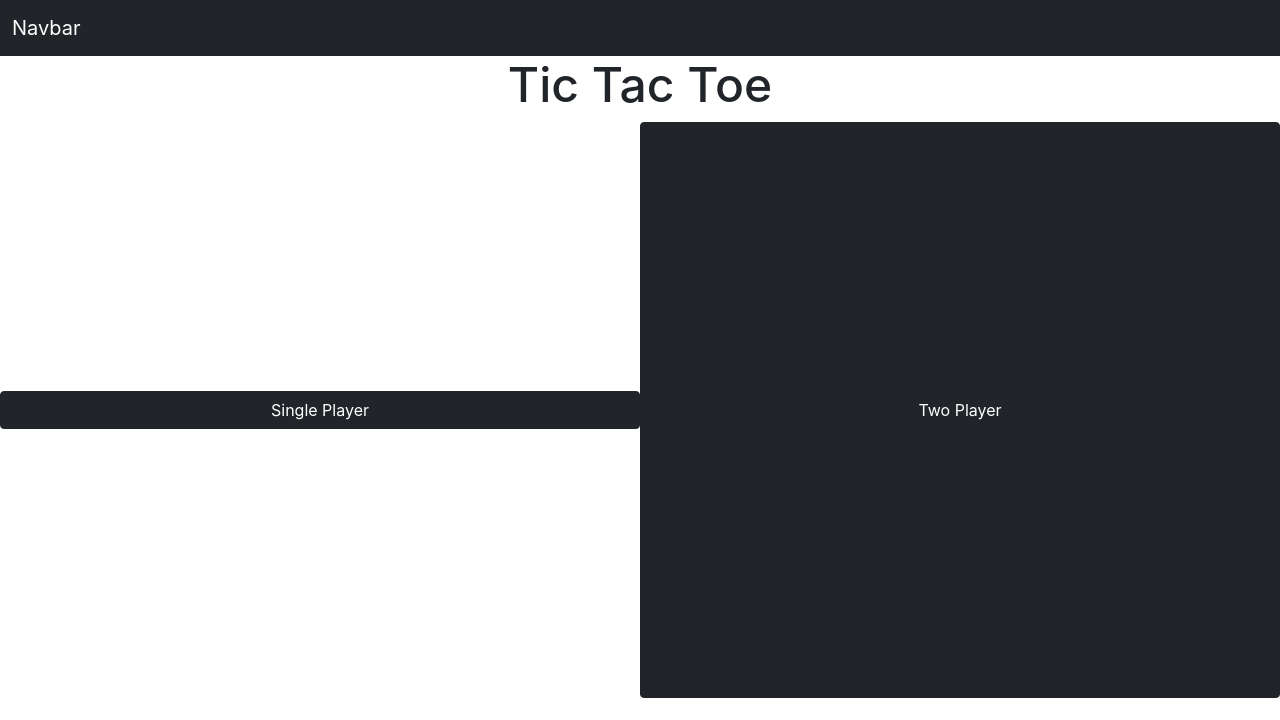
Repository: napan24/tic-tac-toe
Page: /
These files come from the project's save history. The page is drawn as it stood at one moment and after a run of saves; the edit follows.
The browser window is 1280 px wide. The pictures show the whole page.
The project was rebuilt for these pictures with package versions that can differ from the ones it lists, and the page was loaded fresh each time. Also part of the build but not shown: src/App.css, src/tik.css, src/App.js, src/Vscomp.js.

Above is the page before, as saved 2022-06-16 18:01:32.

After the next 2 saves:
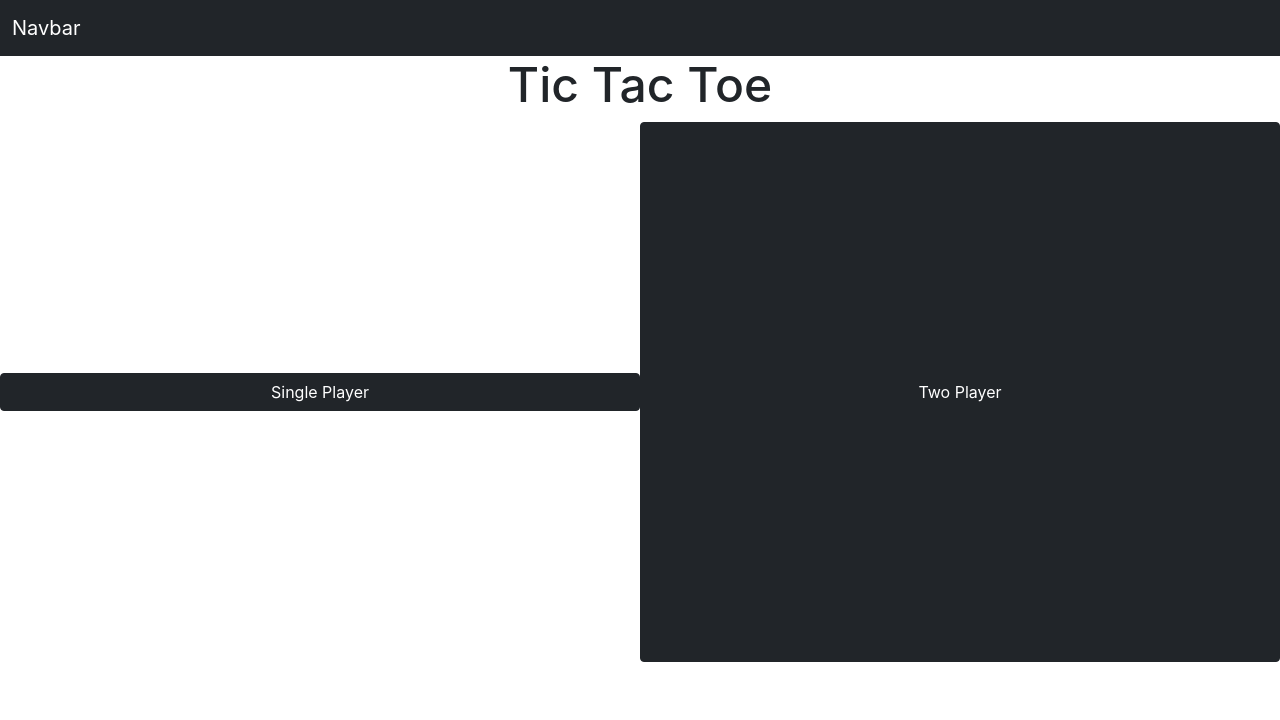
The 2 saves are shown as one change because they came seconds apart.
The last was saved 7 s later.
--- a/src/Home.js
+++ b/src/Home.js
@@ -14,7 +14,7 @@ export default function () {
         <button type="button" class="btn btn-dark" style={{width:"50vw"}}>
             Single Player
         </button>
-        <button type="button" class="btn btn-dark" style={{width:"50vw",height:"80vh"}}>
+        <button type="button" class="btn btn-dark" style={{width:"50vw",height:"75vh"}}>
             Two Player
         </button>
     </>
